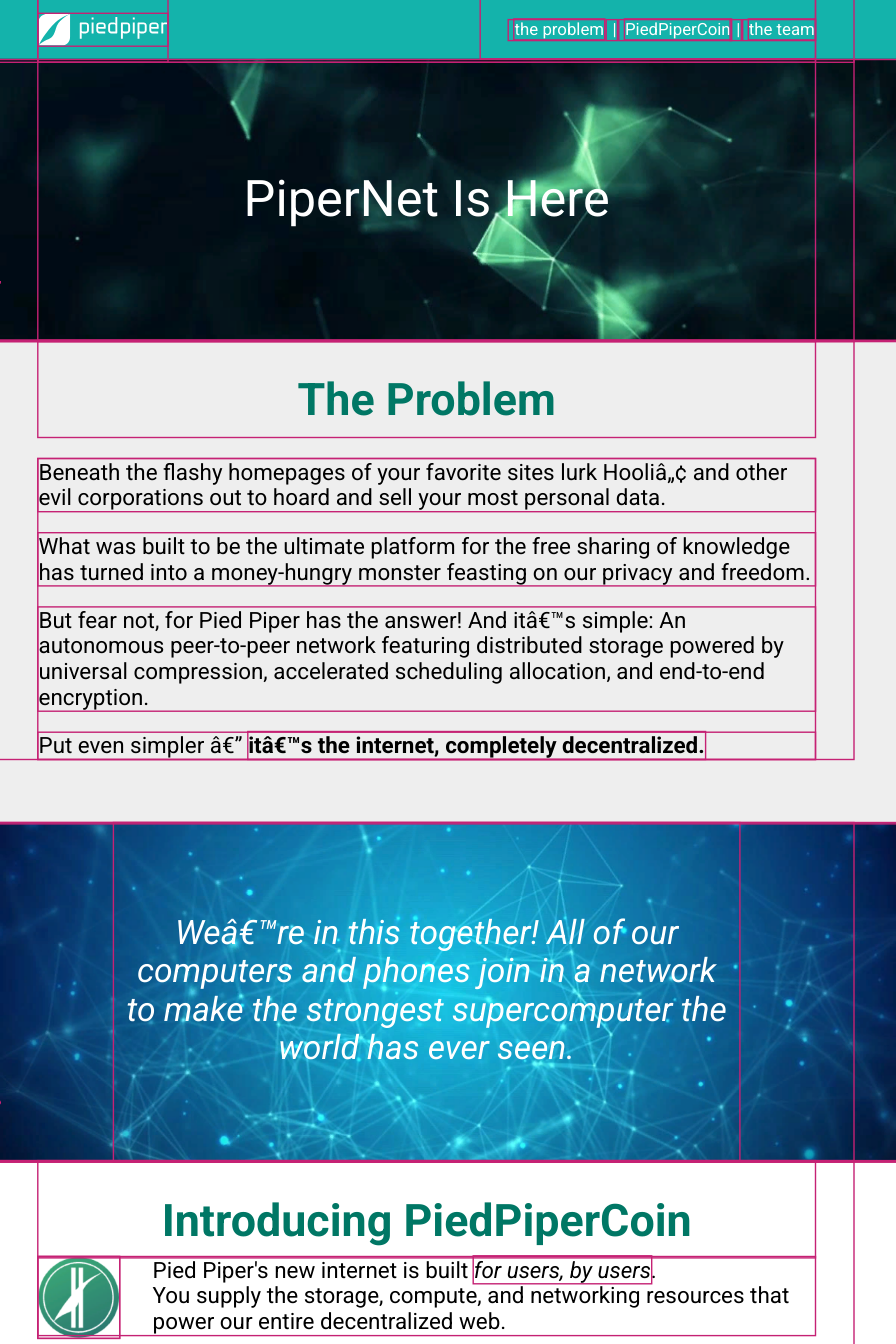
Repository: armus503/Pip_Piper
Page: Pip_Piper.html
An editor plug-in stored every save of this project. The page is shown before and after the next save, followed by the edit.
The browser window is 1280 px wide. The pictures show the part of the page from y = 0 to 1920 px (the page is 3271 px tall), at 70% of full size.

Above is the page before, as saved 2021-07-21 00:07:58.

### Pip_Piper.html
<!DOCTYPE html>
<html lang="en">

<head>
    <link rel="preconnect" href="https://fonts.gstatic.com">
    <link href="https://fonts.googleapis.com/css2?family=Roboto:ital,wght@0,100;0,300;0,400;0,500;0,700;0,900;1,100;1,300;1,400;1,500;1,700;1,900&display=swap" rel="stylesheet">
    <link href="Pip_Piper.css" rel="stylesheet" type="text/css">
    <meta charset: "utf-8">
    <title>PiperNet Is Here</title>
</head>

<body>
    <header class="header">
        <div class="main-content">
            <nav class="header-nav">
                <a class="header__logo" href=""><img src="logo.svg" alt="PiperNet Is Here"></a>
                <ul class="header__list">
                    <li class="header__item">
                        <a href="#anchor-the_Problem" class="header__active">the problem</a>
                    </li>
                    <li class="header__item">|</li>
                    <li class="header__item">
                        <a href="#anchor-pied_Piper_Coin" class="header__active">PiedPiperCoin</a>
                        <li class="header__item">|</li>
                        <li class="header__item">
                            <a href="#anchor-the_Team" class="header__active">the team</a>
                        </li>
                    </li>
                </ul>
            </nav>
        </div>
    </header>
    <main class="main">
        <section id="anchor-logo" class="jumbotron">
            <div class="main-content">
                <div class="text-jumbotron">PiperNet Is Here</div>
            </div>
        </section>
        <div class="anchor">
            <a id="anchor-the_Problem" class="anchor__link"></a>
        </div>
        <section class="the_Problem">
            <div class="main-content">
                <h2 class="title-the_Problem">The Problem</h2>
                <div class="text-the_Problem">
                    <p>Beneath the flashy homepages of your favorite sites lurk Hooli™ and other evil corporations out to hoard and sell your most personal data.</p>
                    <p>What was built to be the ultimate platform for the free sharing of knowledge has turned into a money-hungry monster feasting on our privacy and freedom.</p>
                    <p>But fear not, for Pied Piper has the answer! And it’s simple: An autonomous peer-to-peer network featuring distributed storage powered by universal compression, accelerated scheduling allocation, and end-to-end encryption.</p>
                    <p>Put even simpler — <strong>it’s the internet, completely decentralized.</strong></p>
                </div>
            </div>
        </section>
        <section class="hero">
            <div class="main-content">
                <div class="text-hero">We’re in this together! All of our</br> computers and phones join in a network</br> to make the strongest supercomputer the world has ever seen.</div>
            </div>
        </section>
        <div class="anchor">
            <a id="anchor-pied_Piper_Coin" class="anchor__link"></a>
        </div>
        <section class="pied_Piper_Coin">
            <div class="main-content">
                <h2 class="title-pied_Piper_Coin">Introducing PiedPiperCoin</h2>
                <a href="#anchor-logo" class="pied_Piper_Coin__logo__link">
                    <img src="PPC Logo.png" class="pied_Piper_Coin__logo__img" alt="PPC Logo">
                </a>
                <div class="paragraph_1-pied_Piper_Coin">Pied Piper's new internet is built <i>for users, by users</i>.</br> You supply the storage, compute, and networking resources that power our entire decentralized web.</div>
                <div class="paragraph_2-pied_Piper_Coin">
                    <p>Now there's a way to give credit where credit is due. Compute credit, that is! The more you share your device resources, the more PiedPiperCoin you receive.</p>
                    <p>Whether you're a developer with an app ready for market, or just an Average Joe with a smartphone you'll love all you can do with PiedPiperCoin.</p>
                </div>
            </div>
        </section>
        <div class="anchor">
            <a id="anchor-the_Team" class="anchor__link"></a>
        </div>
        <section class="the_Team">
            <div class="main-content">
                <h2 class="the_Team__header">The Team</h2>
                <div class="block-card-the_Team">
                    <div class="card-the_Team__Richard_Hendrics card-the_Team">
                        <div class="card-the_Team__icon">
                            <img src="Richard_Hendrics.png">
                        </div>
                        <div class="card-the_Team__name">Richard Hendricks</div>
                        <div class="card-the_Team__post">Founder & CEO</div>
                    </div>
                    <div class="card-the_Team__Dinesh_Chugtai card-the_Team">
                        <div class="card-the_Team__icon">
                            <img src="Dinesh_Chugtai.png">
                        </div>
                        <div class="card-the_Team__name">Dinesh Chugtai</div>
                        <div class="card-the_Team__post">Senior Programmer</div>
                    </div>
                    <div class="card-the_Team__Bertram_Gilfoyle card-the_Team">
                        <div class="card-the_Team__icon">
                            <img src="Bertram_Gilfoyle.png">
                        </div>
                        <div class="card-the_Team__name">Bertram Gilfoyle</div>
                        <div class="card-the_Team__post">Chief Systems Architect</div>
                    </div>
                    <div class="card-the_Team__Jared_Dunn card-the_Team">
                        <div class="card-the_Team__icon">
                            <img src="Jared_Dunn.png">
                        </div>
                        <div class="card-the_Team__name">Jared Dunn</div>
                        <div class="card-the_Team__post">Chief Operating Officer</div>
                    </div>
                    <div class="card-the_Team__Monica_Hall card-the_Team">
                        <div class="card-the_Team__icon">
                            <img src="Monica_Hall.png">
                        </div>
                        <div class="card-the_Team__name">Monica Hall</div>
                        <div class="card-the_Team__post">Chief Financial Officer</div>
                    </div>
                    <div class="card-the_Team__Nelson_Bighetti card-the_Team">
                        <div class="card-the_Team__icon">
                            <img src="Nelson_Bighetti.png">
                        </div>
                        <div class="card-the_Team__name">Nelson Bighetti</div>
                        <div class="card-the_Team__post">Majority Investor</div>
                    </div>
                </div>
        </section>
        </div>
    </main>
    <footer class="footer">
        <div class="main-content">
            <div class="text-footer">All other trademarks and copyrights are the property of their respective owners. Use of these names, trademarks and brands does not imply endorsement.</div>
        </div>
    </footer>
    </div>
</body>

### Pip_Piper.css
/*! normalize.css v8.0.1 | MIT License | github.com/necolas/normalize.css */


/* Document
   ========================================================================== */


/**
 * 1. Correct the line height in all browsers.
 * 2. Prevent adjustments of font size after orientation changes in iOS.
 */

html {
    line-height: 1.15;
    /* 1 */
    -webkit-text-size-adjust: 100%;
    /* 2 */
}


/* Sections
     ========================================================================== */


/**
   * Remove the margin in all browsers.
   */

body {
    margin: 0;
}


/**
   * Render the `main` element consistently in IE.
   */

main {
    display: block;
}


/**
   * Correct the font size and margin on `h1` elements within `section` and
   * `article` contexts in Chrome, Firefox, and Safari.
   */

h1 {
    font-size: 2em;
    margin: 0.67em 0;
}


/* Grouping content
     ========================================================================== */


/**
   * 1. Add the correct box sizing in Firefox.
   * 2. Show the overflow in Edge and IE.
   */

hr {
    box-sizing: content-box;
    /* 1 */
    height: 0;
    /* 1 */
    overflow: visible;
    /* 2 */
}


/**
   * 1. Correct the inheritance and scaling of font size in all browsers.
   * 2. Correct the odd `em` font sizing in all browsers.
   */

pre {
    font-family: monospace, monospace;
    /* 1 */
    font-size: 1em;
    /* 2 */
}


/* Text-level semantics
     ========================================================================== */


/**
   * Remove the gray background on active links in IE 10.
   */

a {
    background-color: transparent;
}


/**
   * 1. Remove the bottom border in Chrome 57-
   * 2. Add the correct text decoration in Chrome, Edge, IE, Opera, and Safari.
   */

abbr[title] {
    border-bottom: none;
    /* 1 */
    text-decoration: underline;
    /* 2 */
    text-decoration: underline dotted;
    /* 2 */
}


/**
   * Add the correct font weight in Chrome, Edge, and Safari.
   */

b,
strong {
    font-weight: bolder;
}


/**
   * 1. Correct the inheritance and scaling of font size in all browsers.
   * 2. Correct the odd `em` font sizing in all browsers.
   */

code,
kbd,
samp {
    font-family: monospace, monospace;
    /* 1 */
    font-size: 1em;
    /* 2 */
}


/**
   * Add the correct font size in all browsers.
   */

small {
    font-size: 80%;
}


/**
   * Prevent `sub` and `sup` elements from affecting the line height in
   * all browsers.
   */

sub,
sup {
    font-size: 75%;
    line-height: 0;
    position: relative;
    vertical-align: baseline;
}

sub {
    bottom: -0.25em;
}

sup {
    top: -0.5em;
}


/* Embedded content
     ========================================================================== */


/**
   * Remove the border on images inside links in IE 10.
   */

img {
    border-style: none;
}


/* Forms
     ========================================================================== */


/**
   * 1. Change the font styles in all browsers.
   * 2. Remove the margin in Firefox and Safari.
   */

button,
input,
optgroup,
select,
textarea {
    font-family: inherit;
    /* 1 */
    font-size: 100%;
    /* 1 */
    line-height: 1.15;
    /* 1 */
    margin: 0;
    /* 2 */
}


/**
   * Show the overflow in IE.
   * 1. Show the overflow in Edge.
   */

button,
input {
    /* 1 */
    overflow: visible;
}


/**
   * Remove the inheritance of text transform in Edge, Firefox, and IE.
   * 1. Remove the inheritance of text transform in Firefox.
   */

button,
select {
    /* 1 */
    text-transform: none;
}


/**
   * Correct the inability to style clickable types in iOS and Safari.
   */

button,
[type="button"],
[type="reset"],
[type="submit"] {
    -webkit-appearance: button;
}


/**
   * Remove the inner border and padding in Firefox.
   */

button::-moz-focus-inner,
[type="button"]::-moz-focus-inner,
[type="reset"]::-moz-focus-inner,
[type="submit"]::-moz-focus-inner {
    border-style: none;
    padding: 0;
}


/**
   * Restore the focus styles unset by the previous rule.
   */

button:-moz-focusring,
[type="button"]:-moz-focusring,
[type="reset"]:-moz-focusring,
[type="submit"]:-moz-focusring {
    outline: 1px dotted ButtonText;
}


/**
   * Correct the padding in Firefox.
   */

fieldset {
    padding: 0.35em 0.75em 0.625em;
}


/**
   * 1. Correct the text wrapping in Edge and IE.
   * 2. Correct the color inheritance from `fieldset` elements in IE.
   * 3. Remove the padding so developers are not caught out when they zero out
   *    `fieldset` elements in all browsers.
   */

legend {
    box-sizing: border-box;
    /* 1 */
    color: inherit;
    /* 2 */
    display: table;
    /* 1 */
    max-width: 100%;
    /* 1 */
    padding: 0;
    /* 3 */
    white-space: normal;
    /* 1 */
}


/**
   * Add the correct vertical alignment in Chrome, Firefox, and Opera.
   */

progress {
    vertical-align: baseline;
}


/**
   * Remove the default vertical scrollbar in IE 10+.
   */

textarea {
    overflow: auto;
}


/**
   * 1. Add the correct box sizing in IE 10.
   * 2. Remove the padding in IE 10.
   */

[type="checkbox"],
[type="radio"] {
    box-sizing: border-box;
    /* 1 */
    padding: 0;
    /* 2 */
}


/**
   * Correct the cursor style of increment and decrement buttons in Chrome.
   */

[type="number"]::-webkit-inner-spin-button,
[type="number"]::-webkit-outer-spin-button {
    height: auto;
}


/**
   * 1. Correct the odd appearance in Chrome and Safari.
   * 2. Correct the outline style in Safari.
   */

[type="search"] {
    -webkit-appearance: textfield;
    /* 1 */
    outline-offset: -2px;
    /* 2 */
}


/**
   * Remove the inner padding in Chrome and Safari on macOS.
   */

[type="search"]::-webkit-search-decoration {
    -webkit-appearance: none;
}


/**
   * 1. Correct the inability to style clickable types in iOS and Safari.
   * 2. Change font properties to `inherit` in Safari.
   */

::-webkit-file-upload-button {
    -webkit-appearance: button;
    /* 1 */
    font: inherit;
    /* 2 */
}


/* Interactive
     ========================================================================== */


/*
   * Add the correct display in Edge, IE 10+, and Firefox.
   */

details {
    display: block;
}


/*
   * Add the correct display in all browsers.
   */

summary {
    display: list-item;
}


/* Misc
     ========================================================================== */


/**
   * Add the correct display in IE 10+.
   */

template {
    display: none;
}


/**
   * Add the correct display in IE 10.
   */

[hidden] {
    display: none;
}


/*My styles*/

.body {
    font-family: 'Roboto', sans-serif;
    font-size: 32px;
    line-height: 1.2;
    font-weight: regular;
    color: #000000;
    background-size: cover;
    background-position: center center;
    box-sizing: border-box;
    margin: 0, auto;
    width: 100%;
}

.main {
    background-size: cover;
    background-position: center center;
    margin: 0, auto;
    box-sizing: border-box;
    width: 100%;
}

.main-content {
    width: 1219px;
    padding-left: 55px;
    padding-right: 55px;
    background-size: cover;
    background-position: center center;
    margin: 0, auto;
    box-sizing: border-box;
}

.anchor {
    position: relative;
}

.anchor__link {
    position: absolute;
    display: block;
    top: -84px;
}


/*header styles start*/

.header {
    font-family: 'Roboto', sans-serif;
    background-color: #14b3ab;
    position: fixed;
    height: 84px;
    width: 100%;
    font-style: medium;
}

.header__logo {
    display: inline-block;
    padding-top: 20px;
    padding-bottom: 19px;
    margin: 0, auto;
}

.header-nav {
    display: inline-block;
    width: 1109px;
}

.header__list {
    display: inline-block;
    float: right;
    padding-top: 29px;
    padding-bottom: 26px;
    margin: 0;
}

.header__item {
    list-style-type: none;
    display: inline-block;
    font-size: 24px;
    color: white;
    font-weight: medium;
    padding-left: 8px;
}

.header__active {
    text-decoration: none;
    color: white;
    font-weight: medium;
}


/*header styles end*/


/*section jumbotron styles start*/

.jumbotron {
    background-image: url("image(1).png");
    background-size: cover;
    background-position: left center;
    margin: 0, auto;
    box-sizing: border-box;
    font-family: 'Roboto', sans-serif;
    width: 100%;
}

.text-jumbotron {
    color: #ffffff;
    font-weight: medium;
    font-size: 72px;
    text-align: center;
    padding-top: 244px;
    padding-bottom: 160px;
    max-width: 1219px;
}


/*section jumbotron styles end*/


/*div the problem styles start*/

.the_Problem {
    font-family: 'Roboto', sans-serif;
    background-color: #eeeeee;
    box-sizing: border-box;
    background-size: cover;
    background-position: center center;
    padding-bottom: 1px;
    margin: auto;
}

.title-the_Problem {
    font-weight: medium;
    font-size: 64px;
    color: #007765;
    text-align: center;
    padding: 48px 0px 16px 0px;
    margin: auto;
}

.text-the_Problem {
    font-weight: regular;
    font-size: 32px;
    color: #000000;
    margin-bottom: 91px;
}


/*div the problem styles end*/


/*div hero styles start*/

.hero {
    font-family: 'Roboto', sans-serif;
    background-image: url("image.png");
    background-size: cover;
    background-position: center center;
    margin: 0, auto;
    max-width: 100%;
    box-sizing: border-box;
}

.text-hero {
    font-weight: medium;
    font-style: italic;
    font-size: 48px;
    color: #ffffff;
    text-align: center;
    width: 893px;
    height: 228px;
    padding-top: 128px;
    padding-bottom: 127px;
    margin: auto;
}


/*div hero styles end*/


/*div ppc styles start*/

.pied_Piper_Coin {
    font-family: 'Roboto', sans-serif;
    background-size: cover;
    background-position: center center;
    margin: auto;
}

.title-pied_Piper_Coin {
    font-weight: medium;
    font-size: 64px;
    color: #007765;
    text-align: center;
    padding: 48px 0px 16px 0px;
    margin: auto;
}

.paragraph_1-pied_Piper_Coin {
    font-weight: regular;
    font-size: 32px;
    color: #000000;
    text-align: left;
    margin-bottom: 40px;
}

.paragraph_2-pied_Piper_Coin {
    font-weight: regular;
    font-size: 32px;
    color: #000000;
    text-align: left;
    margin-bottom: 92px;
}

.pied_Piper_Coin__logo__img {
    float: left;
    margin-right: 48px;
    margin-bottom: 33px;
    width: 115px;
    height: 115px;
}


/*div ppc styles end*/


/*div theTeam styles start*/

.the_Team {
    background-size: cover;
    background-position: center center;
    box-sizing: border-box;
    font-family: 'Roboto', sans-serif;
    background-color: #eeeeee;
    padding-bottom: 1px;
    margin: auto;
}

.the_Team__header {
    font-weight: medium;
    font-size: 64px;
    color: #007765;
    text-align: center;
    padding: 48px 0px 32px 0px;
    margin-bottom: 32px;
    margin: auto;
}

.card-the_Team {
    display: inline-block;
    padding-bottom: 28px;
    margin: 0, auto;
    box-sizing: border-box;
}

.card-the_Team__Richard_Hendrics,
.card-the_Team__Dinesh_Chugtai {
    display: inline-block;
    margin-bottom: 30px;
    margin-right: 25px;
}

.card-the_Team__Bertram_Gilfoyle {
    display: inline-block;
    margin-bottom: 30px;
}

.card-the_Team__Jared_Dunn,
.card-the_Team__Monica_Hall {
    display: inline-block;
    margin-right: 25px;
}

.card-the_Team__Nelson_Bighetti {
    display: inline-block;
}

.card-the_Team__icon {
    width: 168px;
    height: 168px;
    margin: auto;
    padding: 24px 91px 14px 91px;
}

.card-the_Team__name {
    font-weight: bold;
    font-size: 24px;
    color: #007765;
    text-align: center;
}

.card-the_Team__post {
    font-style: italic;
    font-size: 18px;
    color: #000000;
    text-align: center;
    margin: 0px;
}

.block-card-the_Team {
    margin-bottom: 93px;
}


/*div the_team styles end*/


/*footer styles start*/

.footer {
    font-family: 'Roboto', sans-serif;
    background-size: cover;
    background-position: center center;
    background-color: #333333;
    margin: 0, auto;
    padding-top: 50px;
    padding-bottom: 1px;
    box-sizing: border-box;
    width: 100%;
}

.text-footer {
    font-weight: regular;
    font-size: 18px;
    color: #ffffff;
    text-align: center;
    max-width: 540px;
    margin: auto;
    margin-bottom: 61px;
}


/*footer styles end*/

* {
    outline: 2px solid rgb(197, 34, 116);
}

After the next save:
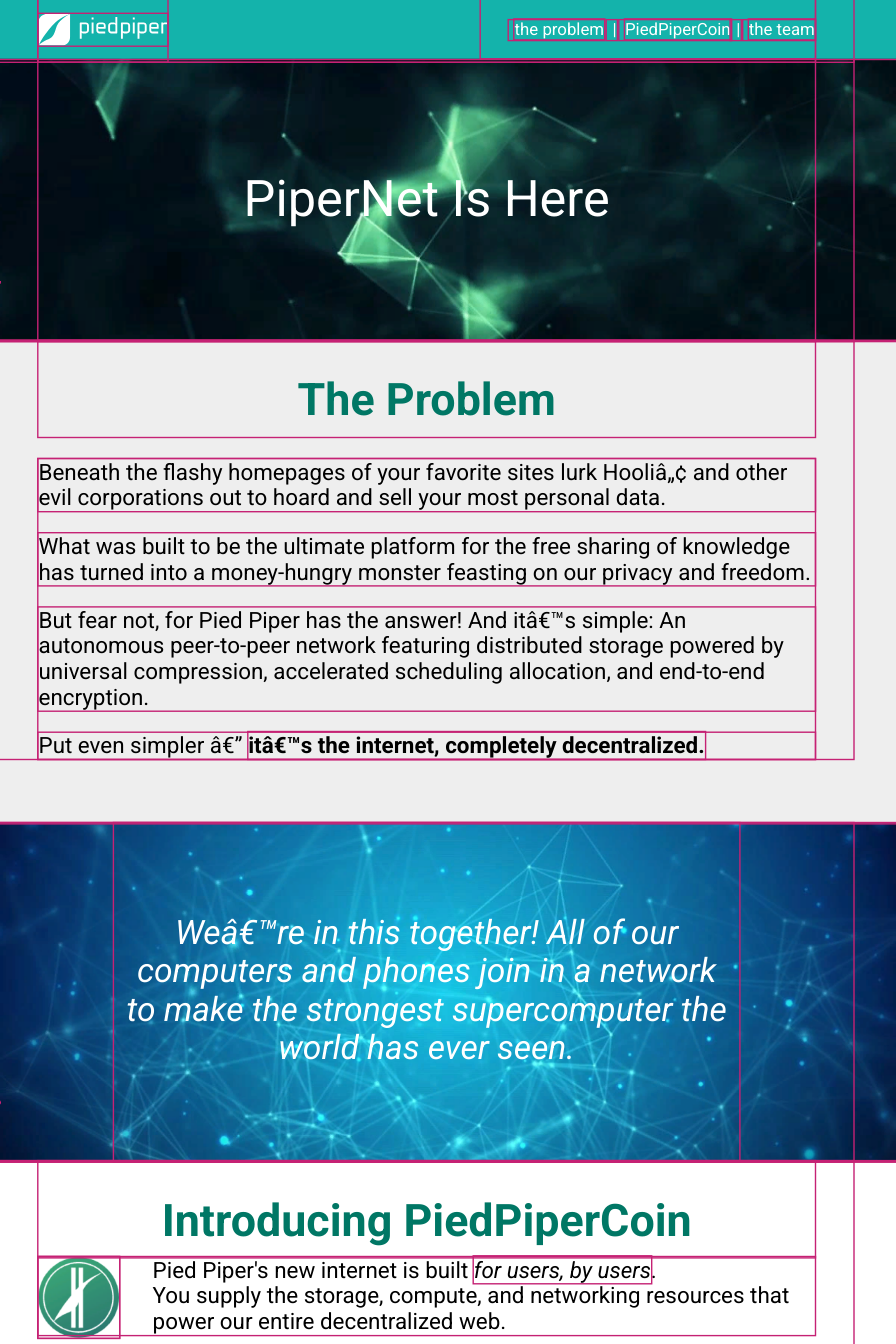
Saved 16 s later.
--- a/Pip_Piper.css
+++ b/Pip_Piper.css
@@ -518,7 +518,7 @@
 .jumbotron {
     background-image: url("image(1).png");
     background-size: cover;
-    background-position: left center;
+    background-position: right center;
     margin: 0, auto;
     box-sizing: border-box;
     font-family: 'Roboto', sans-serif;
